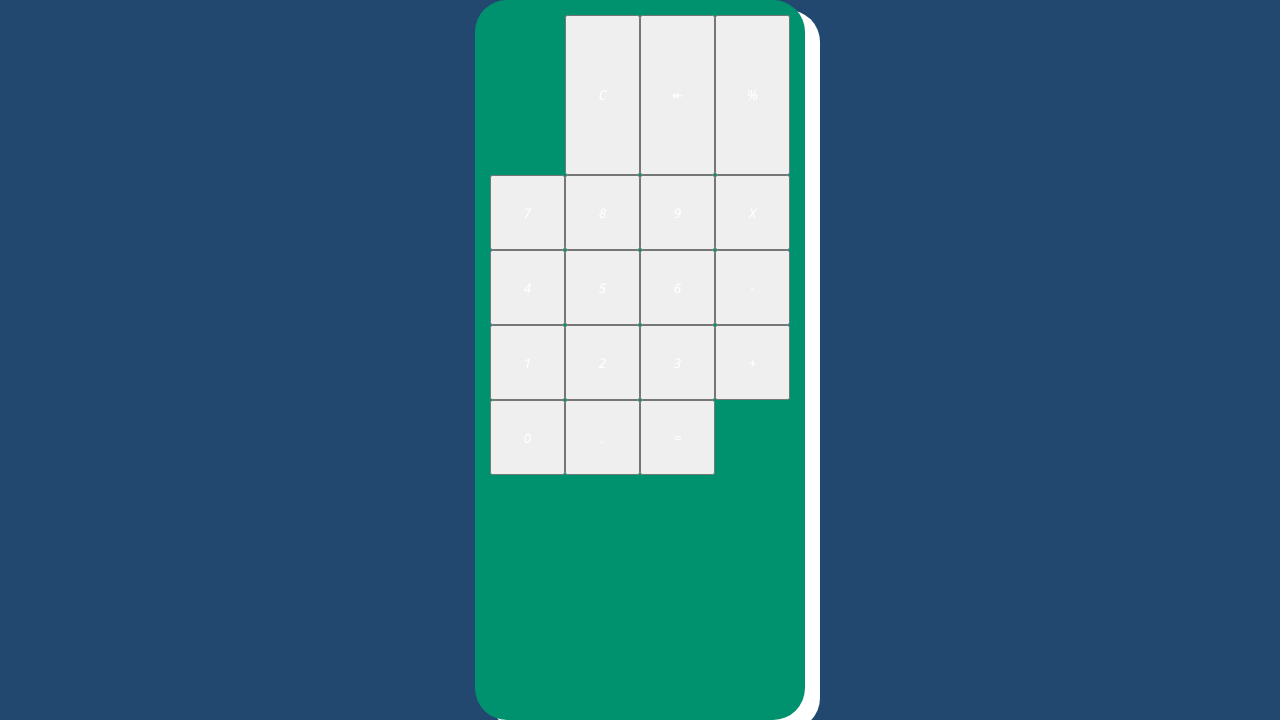
Repository: jhonenmanuel1/javaScript-calculator
Page: src/index.html
The author's editor kept a copy of each file at every save. The page is drawn from the files as they stood at one save, then again after the next save.
The browser window is 1280 px wide. The pictures show the whole page.

Above is the page before, as saved 2022-08-02 23:13:08.

### src/index.html
<!DOCTYPE html>
<html lang="en">
  <head>
    <meta charset="UTF-8" />
    <meta http-equiv="X-UA-Compatible" content="IE=edge" />
    <meta name="viewport" content="width=device-width, initial-scale=1.0" />
    <title>JavaScript Calculator</title>
    <link href="https://fonts.googleapis.com/css2?family=Open+Sans:ital,wght@1,500&display=swap" rel="stylesheet">
    <link href="styles.css" rel="stylesheet"/>
  </head>
  <body>
    <div class="container">
      <div class="calculator">
        <div class="display">
          <div id="last-value"></div>
          <div id="actual-value"></div>
        </div>
        <button class="col-2"> C</button>
        <button>&Larr;</button>
        <button class="number">%</button>
        <button class="number">7</button>
        <button class="number">8</button>
        <button class="number">9</button>
        <button class="operator" >X</button>
        <button class="number">4</button>
        <button class="number">5</button>
        <button class="number">6</button>
        <button class="operator">-</button>
        <button class="number">1</button>
        <button class="number">2</button>
        <button class="number">3</button>
        <button class="operator">+</button>
        <button class=" col-2 number">0</button>
        <button class="number">.</button>
        <button class="operator">=</button>
      </div>
    </div>
  </body>
</html>

### src/styles.css
* {
    font-family: 'Open Sans', sans-serif;
    color: #fff;
}
body{
    margin: 0;
    background-color: #224870;
}
.container{
    display: flex;
    justify-content: center;
    height: 100vh;

}
.calculator{
    display: grid;
    grid-template-columns: repeat(4, 75px);
    grid-template-rows: 160px repeat(5, 75px);
    background-color: #00916e;
    padding: 15px;
    border-radius: 32px;
    box-shadow: 15px  10px 0px ;

}

After the next save:
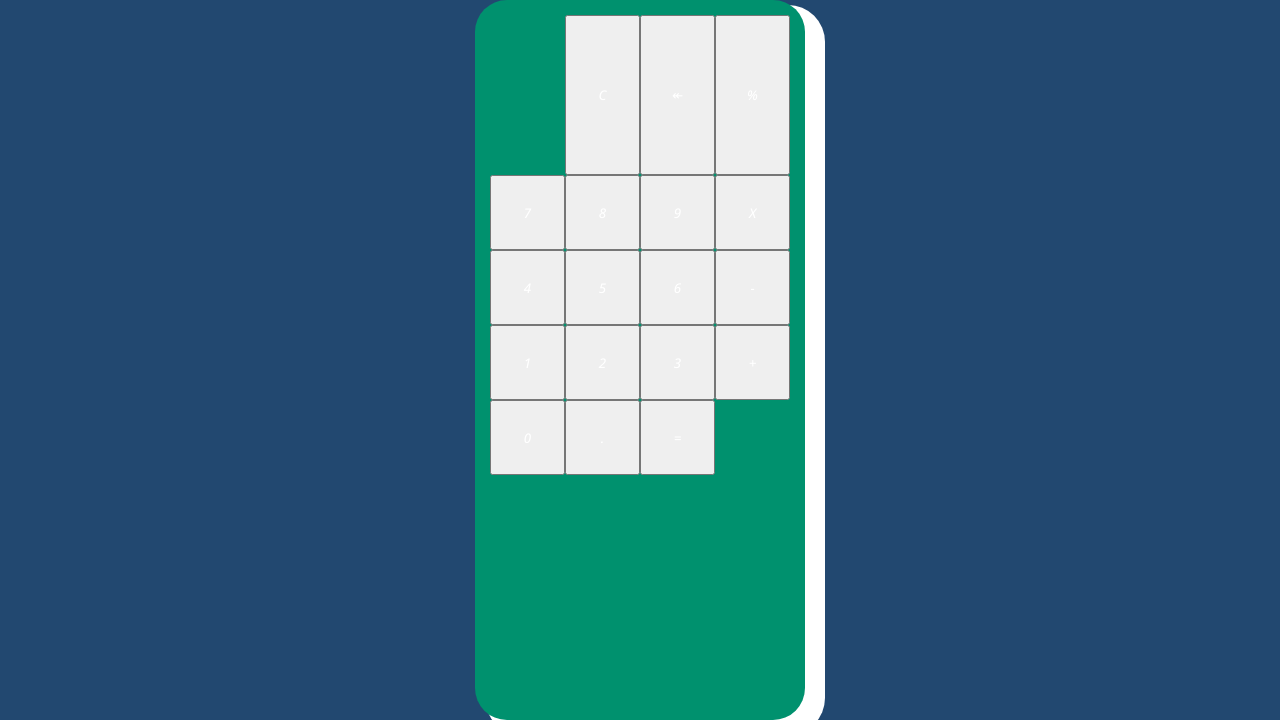
Saved 10 s later.
--- a/src/styles.css
+++ b/src/styles.css
@@ -19,6 +19,6 @@ body{
     background-color: #00916e;
     padding: 15px;
     border-radius: 32px;
-    box-shadow: 15px  10px 0px ;
+    box-shadow: 15px  10px 0px 5px ;
 
 }
